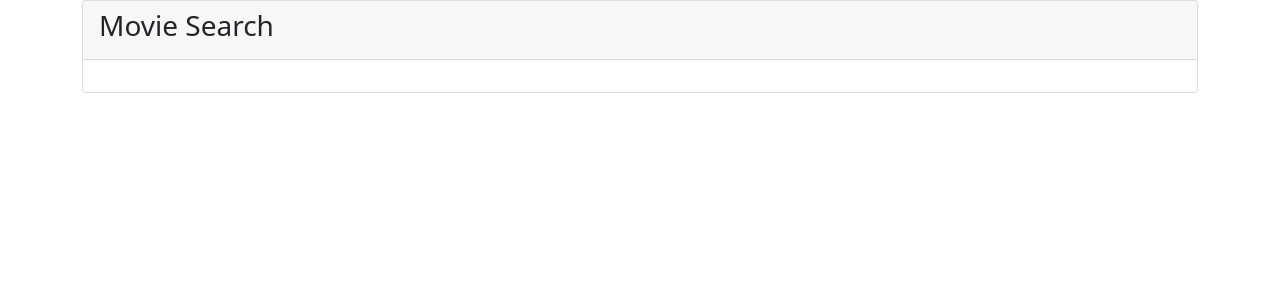
Repository: deepcloudlabs/dcl372-2022-jan-04
Page: imdb-boot/src/main/webapp/index.html
An editor plug-in stored every save of this project. The page is shown before and after the next save, followed by the edit.
The browser window is 1280 px wide. The pictures show the whole page.

Above is the page before, as saved 2022-01-04 19:08:45.

After the next save:
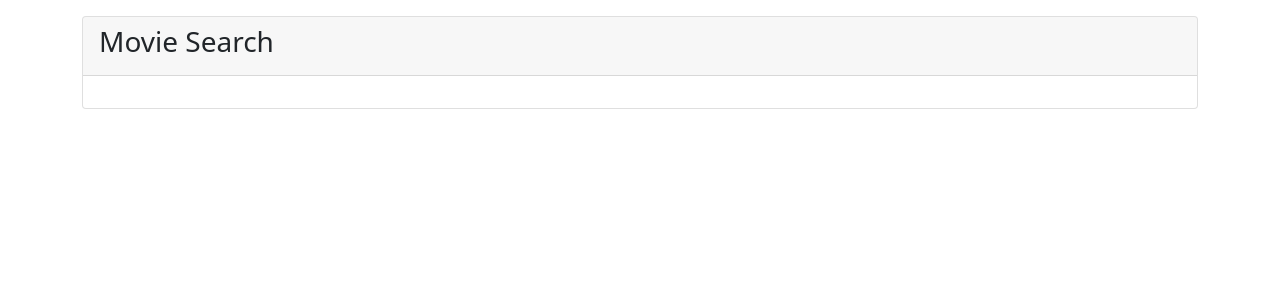
Saved 7 s later.
--- a/imdb-boot/src/main/webapp/index.html
+++ b/imdb-boot/src/main/webapp/index.html
@@ -7,6 +7,7 @@
 	<script src="https://cdn.jsdelivr.net/npm/bootstrap@5.1.3/dist/js/bootstrap.bundle.min.js"
 		crossorigin="anonymous"></script>
 </head>
+<p>
 <div class="container">
 	<div class="card">
 		<div class="card-header">
